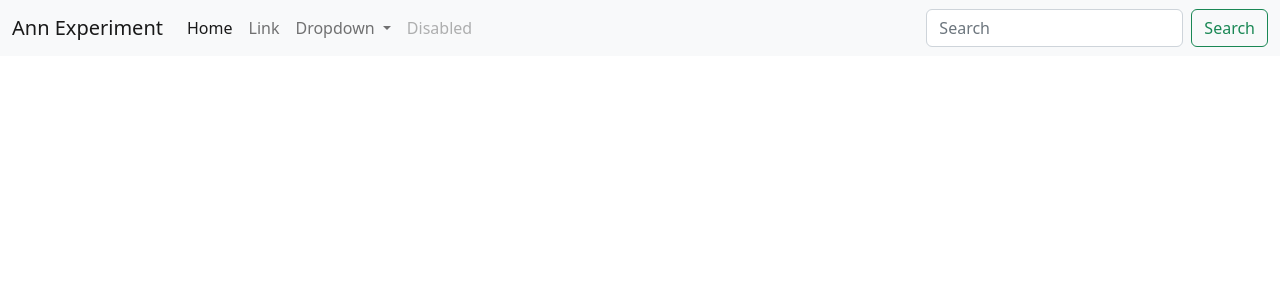
Repository: annferracane/phase-0-personal-website
Page: index.html
The author's editor kept a copy of each file at every save. The page is drawn from the files as they stood at one save, then again after the next save.
The browser window is 1280 px wide. The pictures show the whole page.

Above is the page before, as saved 2022-11-13 15:56:19.

After the next save:
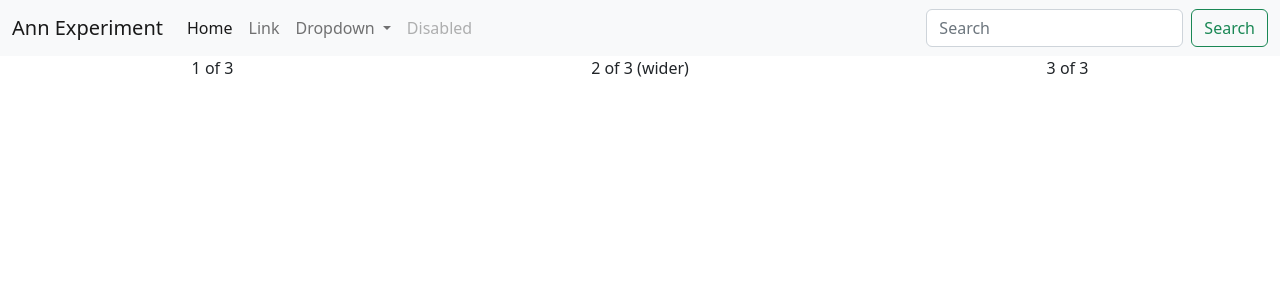
Saved 3 min 51 s later.
--- a/index.html
+++ b/index.html
@@ -45,6 +45,19 @@
               </div>
             </div>
           </nav>
+          <div class="container text-center">
+            <div class="row">
+              <div class="col">
+                1 of 3
+              </div>
+              <div class="col-6">
+                2 of 3 (wider)
+              </div>
+              <div class="col">
+                3 of 3
+              </div>
+            </div>
+          </div>
         <!--<h1>Hello World!</h1>-->
         <!--<script src="script.js"></script>-->
 

After the 3 saves that followed:
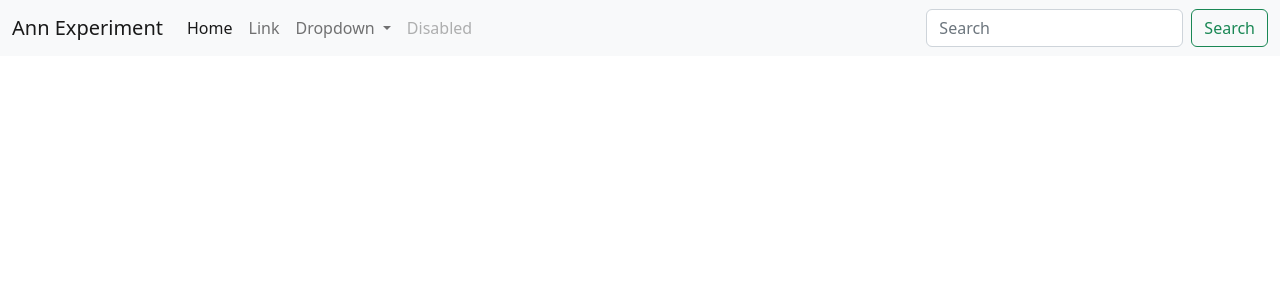
The 3 saves are shown as one change because 2 left the picture as it was.
The last was saved 5 min 22 s later.
--- a/index.html
+++ b/index.html
@@ -45,21 +45,8 @@
               </div>
             </div>
           </nav>
-          <div class="container text-center">
-            <div class="row">
-              <div class="col">
-                1 of 3
-              </div>
-              <div class="col-6">
-                2 of 3 (wider)
-              </div>
-              <div class="col">
-                3 of 3
-              </div>
-            </div>
-          </div>
+          <script src="script.js"></script>
         <!--<h1>Hello World!</h1>-->
-        <!--<script src="script.js"></script>-->
 
     </body>
 </html>
--- a/script.js
+++ b/script.js
@@ -1,3 +1,3 @@
-const h2 = document.createElement("h2");
-h2.textContent = "This content added by JavaScript";
-document.querySelector("body").appendChild(h2);
+const div = document.createElement("div.main");
+//h2.textContent = "This content added by JavaScript";
+document.querySelector("body").appendChild(div);
